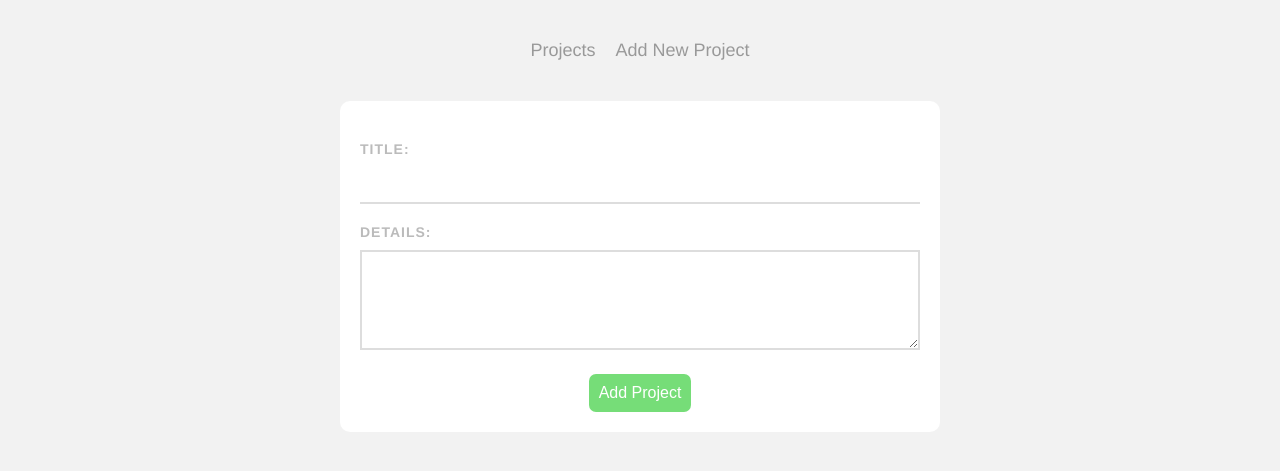
Repository: sercanisli/task-app
Page: /project/2
These files come from the project's save history. The page is drawn as it stood at one moment and after the next save; the edit follows.
The browser window is 1280 px wide. The pictures show the whole page.
The project was rebuilt for these pictures with package versions that can differ from the ones it lists, and the page was loaded fresh each time. Requests to the local data server were answered from the project's data file. Also part of the build but not shown: vue.config.js, src/components/SingleProject.vue, src/views/Home.vue. Imported but missing from the stored project, and not drawn on this page: src/views/AddProject.vue.

Above is the page before, as saved 2024-04-28 03:49:06.

### public/index.html
<!DOCTYPE html>
<html lang="">
  <head>
    <meta charset="utf-8">
    <meta http-equiv="X-UA-Compatible" content="IE=edge">
    <meta name="viewport" content="width=device-width,initial-scale=1.0">
    <link rel="icon" href="<%= BASE_URL %>favicon.ico">
    <title><%= htmlWebpackPlugin.options.title %></title>
    <link href="https://fonts.googleapis.com/icon?family=Material+Icons"
      rel="stylesheet">
  </head>
  <body>
    <noscript>
      <strong>We're sorry but <%= htmlWebpackPlugin.options.title %> doesn't work properly without JavaScript enabled. Please enable it to continue.</strong>
    </noscript>
    <div id="app"></div>
    <!-- built files will be auto injected -->
  </body>
</html>

### src/App.vue
<template>
  <div>
    <Navbar />
    <router-view/>
  </div>
</template>

<script>
import Navbar from "./components/Navbar.vue";
  export default {
    components:{
      Navbar
    }
  }
</script>

<style>
body{
  background: #f2f2f2;
}
#app {
  font-family: Avenir, Helvetica, Arial, sans-serif;
  -webkit-font-smoothing: antialiased;
  -moz-osx-font-smoothing: grayscale;
  max-width: 600px;
  margin: 0 auto;
  color: #555;
}
</style>

### src/router/index.js
import { createRouter, createWebHistory } from 'vue-router'
import Home from '../views/Home.vue'

const routes = [
  {
    path: '/',
    name: 'home',
    component: Home
  },
  {
    path: '/add',
    name: 'AddProject',
    component: () => import('../views/AddProject.vue')
  },
  {
    path: '/project/:id',
    name: 'EditProject',
    component: () => import('../views/EditProject.vue'),
    props:true
  }
]

const router = createRouter({
  history: createWebHistory(process.env.BASE_URL),
  routes
})

export default router

### src/components/Navbar.vue
<template>
    <nav class="main-nav">
      <router-link :to="{ name: 'home' }">Projects</router-link>
      <router-link :to="{ name: 'AddProject' }">Add New Project</router-link>
    </nav>
  </template>

  <script>
  export default {};
  </script>

  <style>
  .main-nav {
    text-align: center;
    margin: 40px auto;
  }
  .main-nav a {
    display: inline-block;
    text-decoration: none;
    margin: 0 10px;
    color: #999;
    font-size: 18px;
  }
  a.router-link-active {
    border-bottom: 2px solid #76dd78;
    padding-bottom: 4px;
    color: #76dd78;
  }
  </style>

### src/views/EditProject.vue
<template>
  <form >
    <label>Title:</label>
    <input type="text" v-model="title" required />
    <label>Details:</label>
    <textarea v-model="details" required></textarea>
    <button>Add Project</button>
  </form>
</template>

<script>
export default {
    props:['id'],
    data(){
        return {
            title:'',
            details:'',
            uri:"http://localhost:3000/projects/" + this.id
        }
    },
    mounted(){
        fetch(this.uri)
            .then(response => response.json())
            .then(data=>console.log(data));
    }
}
</script>

<style>
form {
    background: #fff;
    padding: 20px;
    border-radius: 10px;
  }
  label {
    display: block;
    color: #bbb;
    text-transform: uppercase;
    font-size: 14px;
    font-weight: bold;
    letter-spacing: 1px;
    margin: 20px 0 10px 0;
  }
  input {
    padding: 10px;
    border: 0;
    border-bottom: 2px solid #ddd;
    width: 100%;
    box-sizing: border-box;
  }
  textarea {
    border: 2px solid #ddd;
    padding: 10px;
    width: 100%;
    box-sizing: border-box;
    height: 100px;
  }
  form button {
    display: block;
    margin: 20px auto 0;
    background: #76dd78;
    color: #fff;
    padding: 10px;
    border: 0;
    border-radius: 7px;
    font-size: 16px;
  }
</style>

### data/db.json
{
    "projects": [
      {
        "id": 1,
        "title": "Deneme 0",
        "details": "Lorem Ipsum is simply Lorem Ipsum has been the industry's standard dummy text ever since the 1500s, when an unknown printer took a galley of type and scrambled it to make a type specimen book. aaaaaaaaaaaa",
        "complete": true
      },
      {
        "id": 2,
        "title": "Deneme 2",
        "details": "Lorem Ipsum is simply dummy text of the printing and typesetting industry. Lorem Ipsum has been the industry's standard dummy text ever since the 1500s, when an unknown printer took a galley of type and scrambled it to make a type specimen book.",
        "complete": false
      },
      {
        "id": 3,
        "title": "Deneme 3",
        "details": "Lorem Ipsum has been the industry's standard dummy text ever since the 1500s, when an unknown printer took a galley of type and scrambled it to make a type specimen book.",
        "complete": true
      },
      {
        "id": 4,
        "title": "Deneme 4",
        "details": "Lorem Ipsum is simply dummy text of the printing and typesetting industry. Lorem Ipsum has been the industry's standard dummy text ever since the 1500s.",
        "complete": false
      },
      {
        "title": "Deneme 5",
        "details": "asfasdf gsdg erhdshs thfsgh",
        "complete": true,
        "id": 5
      },
      {
        "title": "Deneme 7",
        "details": "fdgdfg dfhfdgh sfdhsh srthsfhg",
        "complete": false,
        "id": 6
      }
    ]
  }

Loaded but not shown: src/main.js (common file)

After the next save:
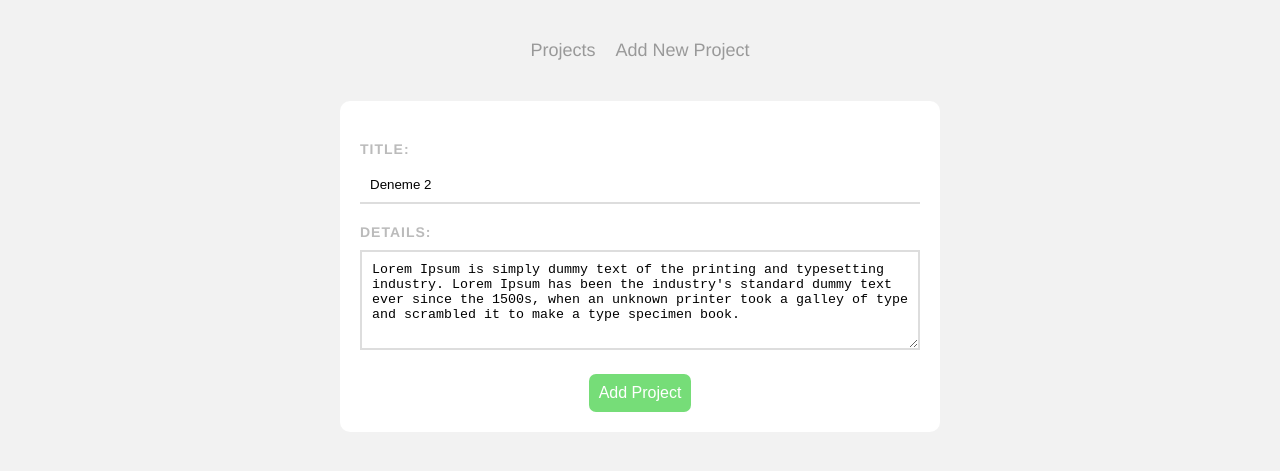
Saved 46 s later.
--- a/src/views/EditProject.vue
+++ b/src/views/EditProject.vue
@@ -21,7 +21,10 @@ export default {
     mounted(){
         fetch(this.uri)
             .then(response => response.json())
-            .then(data=>console.log(data));
+            .then(data=>{
+                this.title = data.title,
+                this.details = data.details
+            });
     }
 }
 </script>
